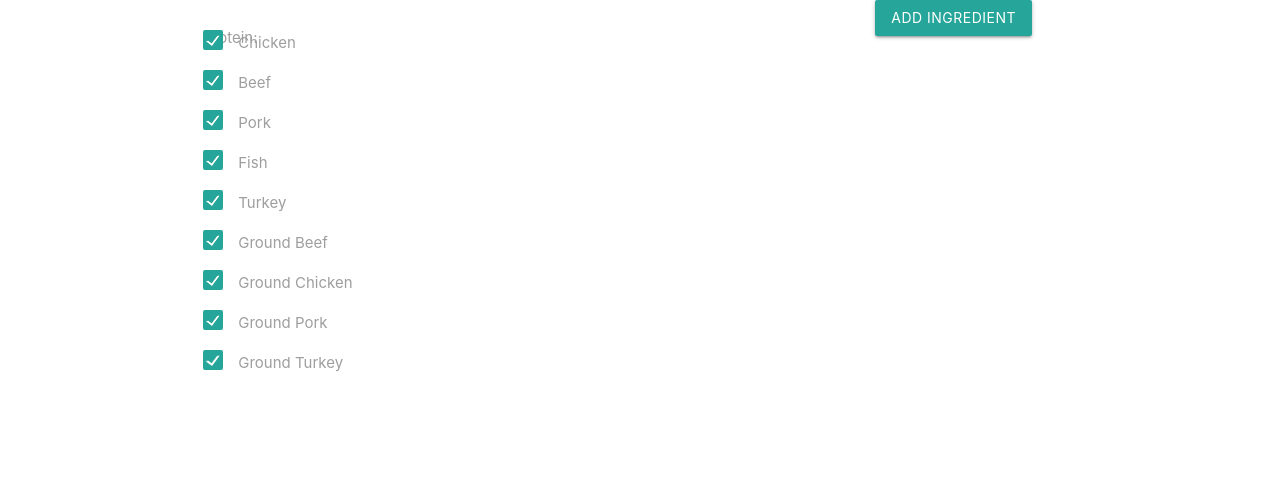
Repository: Aaron-R-Carter/Project1
Page: prototype.html
The author's editor kept a copy of each file at every save. The page is drawn from the files as they stood at one save, then again after a run of saves.
The browser window is 1280 px wide. The pictures show the whole page.

Above is the page before, as saved 2019-10-31 23:11:32.
Console error: SyntaxError: Unexpected token '<'

### prototype.html
<!DOCTYPE html>
<html>

<head>
    <!--Import Google Icon Font-->
    <link href="https://fonts.googleapis.com/icon?family=Material+Icons" rel="stylesheet">
    <!--Import materialize.css-->
    <link rel="stylesheet" href="https://cdnjs.cloudflare.com/ajax/libs/materialize/1.0.0/css/materialize.min.css">
    <link rel="stylesheet" href="./prototype.css">
    <!--Let browser know website is optimized for mobile-->
    <meta name="viewport" content="width=device-width, initial-scale=1.0" />

</head>

<body>

    <div class="container">
        <div id="check-box" class="row">
            <div class="input-field col s3">
                <label type="text" class="label">Protein:</label>
                <form action="#">
                    <p>
                        <label>
                            <input type="checkbox" class="filled-in" checked="checked" />
                            <span>Chicken</span>
                        </label>
                    </p>
                    <p>
                        <label>
                            <input type="checkbox" class="filled-in" checked="checked" />
                            <span>Beef</span>
                        </label>
                    </p>
                    <p>
                        <label>
                            <input type="checkbox" class="filled-in" checked="checked" />
                            <span>Pork</span>
                        </label>
                    </p>
                    <p>
                        <label>
                            <input type="checkbox" class="filled-in" checked="checked" />
                            <span>Fish</span>
                        </label>
                    </p>
                    <p>
                        <label>
                            <input type="checkbox" class="filled-in" checked="checked" />
                            <span>Turkey</span>
                        </label>
                    </p>
                    <p>
                        <label>
                            <input type="checkbox" class="filled-in" checked="checked" />
                            <span>Ground Beef</span>
                        </label>
                    </p>
                    <p>
                        <label>
                            <input type="checkbox" class="filled-in" checked="checked" />
                            <span>Ground Chicken</span>
                        </label>
                    </p>
                    <p>
                        <label>
                            <input type="checkbox" class="filled-in" checked="checked" />
                            <span>Ground Pork</span>
                        </label>
                    </p>
                    <p>
                        <label>
                            <input type="checkbox" class="filled-in" checked="checked" />
                            <span>Ground Turkey</span>
                        </label>
                    </p>
                    </form>
                </form>
            </div>
            <div class="input-field col s6">

            </div>
            <form id="ingredient-add-btn" class="row">

                <!-- Button will trigger new ingredient to be added -->
                <div class="col s 12">
                    <input id="add " class="btn btn-primary mb-2" type="submit" value="add ingredient">
                </div>
            </form>


            <div id="ingredient-view-button"></div>

        </div>



        <script src="https://code.jquery.com/jquery-3.4.1.min.js"
            integrity="sha256-CSXorXvZcTkaix6Yvo6HppcZGetbYMGWSFlBw8HfCJo=" crossorigin="anonymous"></script>
        <script src="https://cdnjs.cloudflare.com/ajax/libs/materialize/1.0.0/js/materialize.min.js"></script>
        <script src="./script.js"></script>

</body>

</html>

### prototype.css
#form-page {
    width: 100%;
    height: 200px;
    border: 2px solid black;
}
.label {
    font-size: 15px;
}
#ingredient-input {
    width: 100%;
    height: 200px;
    border: 2px solid black;
}

### script.js

    <div id="left-box">
    <form id="ingredient-form">
        <label for="ingredient-input">List of Ingredients:</label>
        <br>
        <input type="text" id="ingredient-input" placeholder="Ingredients">

        <!-- Button will trigger new ingredients to be added -->
        <input id="add " class="btn btn-primary mb-2" type="submit" value="Add a zipcode">
    </form>

    <div id="zipcode-view"></div>
</div>

After the next 3 saves:
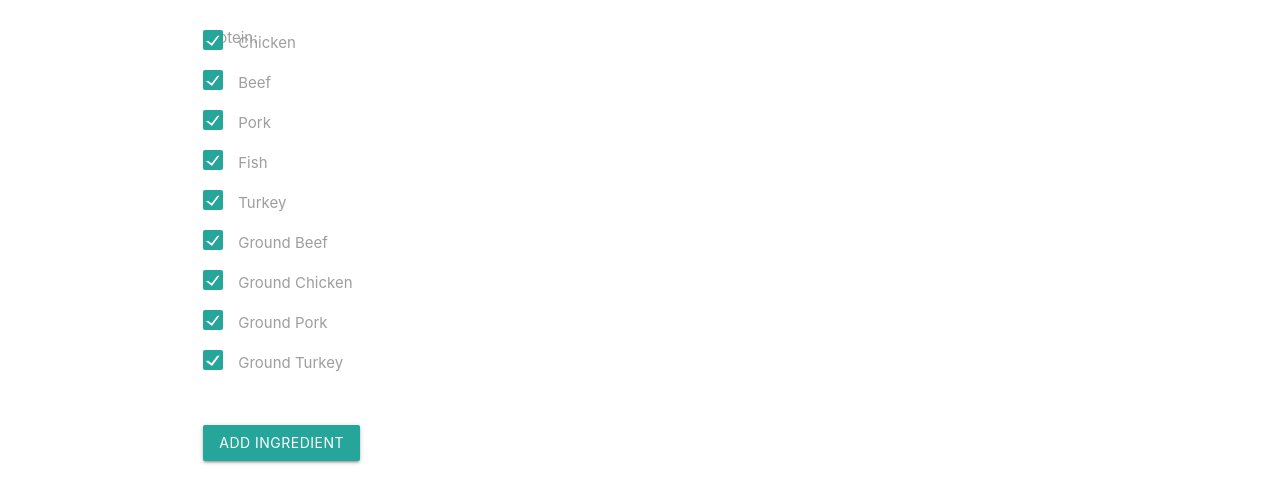
The 3 saves are shown as one change because they came seconds apart.
The last was saved 8 s later.
--- a/prototype.html
+++ b/prototype.html
@@ -73,7 +73,7 @@
                             <span>Ground Turkey</span>
                         </label>
                     </p>
-                    </form>
+                </div>
                 </form>
             </div>
             <div class="input-field col s6">
